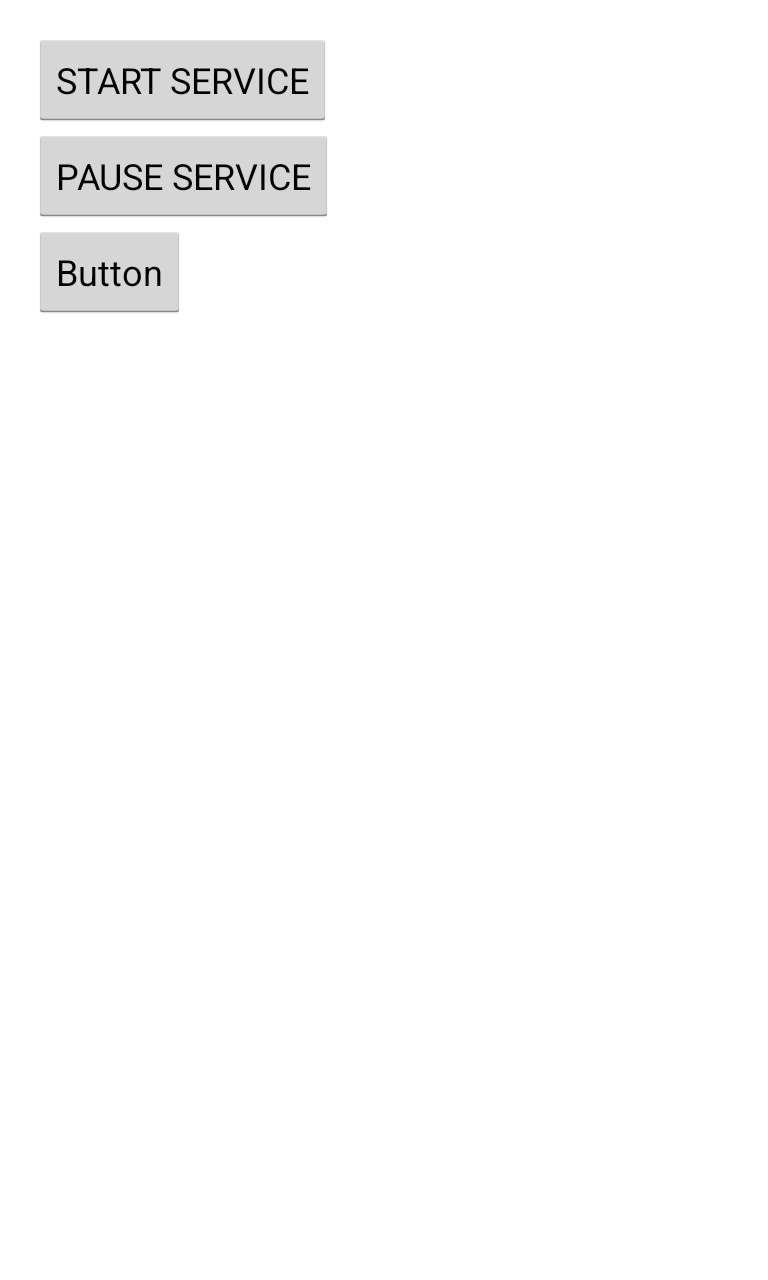
Repository: adrish00/android_learning
Layout: Demo001LinearLayoutExample/res/layout/activity_demo001_main.xml
An editor plug-in stored every save of this project. The layout is shown before and after the next save, followed by the edit.
It is drawn on a 768 x 1280 px phone screen (xhdpi) without system bars, with theme AppTheme; the app's code is not run.

Above is the layout before, as saved 2015-09-04 23:07:09.

After the next save:
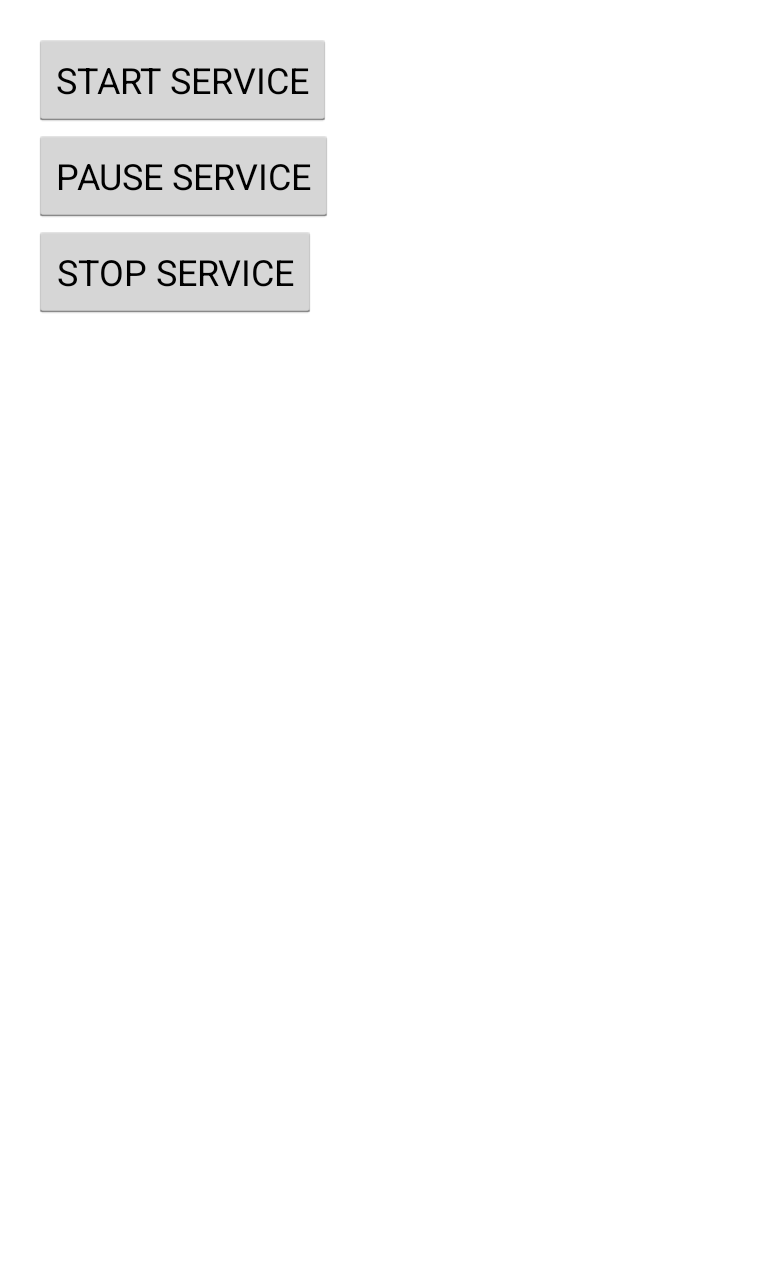
Saved 9 s later.
--- a/Demo001LinearLayoutExample/res/layout/activity_demo001_main.xml
+++ b/Demo001LinearLayoutExample/res/layout/activity_demo001_main.xml
@@ -26,6 +26,6 @@
         android:id="@+id/button3"
         android:layout_width="wrap_content"
         android:layout_height="wrap_content"
-        android:text="Button" />
+        android:text="@string/btn3" />
 
 </LinearLayout>
